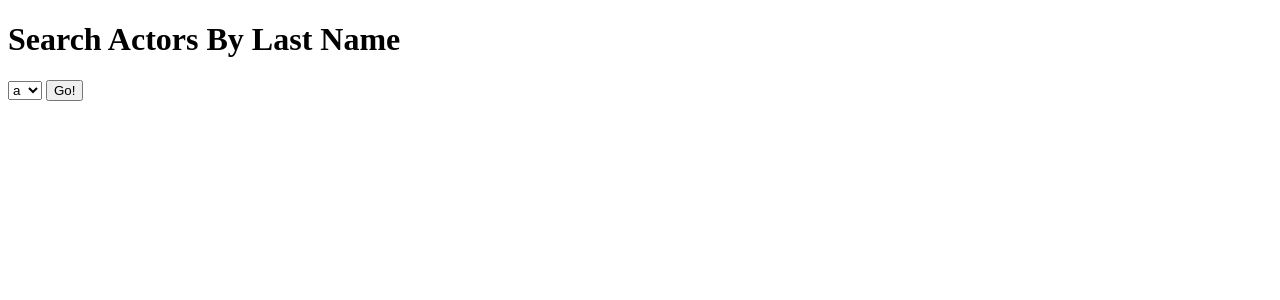
Repository: nema38/30DaysTrainning
Page: http://localhost/
These files come from the project's save history. The page is drawn as it stood at one moment and after the next save; the edit follows.
The browser window is 1280 px wide. The pictures show the whole page.
The page is run by PHP 8.4 with error messages shown; the project is at /var/www/html/.

Above is the page before, as saved 2014-05-02 18:46:42.

### 30Days25-PHP-and-jQuery-Part-1/index.php
<?php

require 'functions.php';

if (isset($_POST['q']) )	{
	connect();
	$results = get_actors_by_last_name( $_POST ['q'] );
	print_r($results);
}

include 'views/index.tmpl.php';

### 30Days25-PHP-and-jQuery-Part-1/functions.php
<?php

function connect() {
	global $pdo;
	$pdo = new PDO(	"mysql:host=localhost;dbname=sakila", "root", "" );

}

function get_actors_by_last_name ( $letter ) {
	global $pdo;

	$stmt = $pdo->prepare('
		SELECT actor_id, first_name, last_name
		FROM actor
		WHERE last_name LIKE :letter
		LIMIT 50');
	$stmt->execute( array(':letter' => $letter . '%' ) );
	return $stmt->fetchAll ( PDO::FETCH_OBJ );

}

### 30Days25-PHP-and-jQuery-Part-1/views/index.tmpl.php
<?php include '_partials/header.php'; ?>

		<h1>Search Actors By Last Name</h1>
		<form action="index.php" method="post">
		<select name="q" id="q">
			<?php
				$alphabet = str_split('abcdefghijklmnoprstuvxyz');
				foreach ($alphabet as $letter ) {
					echo "<option value ='$letter'>$letter</option>";
				}
			?>
		</select>
		<button type="submit">Go!</button>

		</form>

<?php include '_partials/footer.php'; ?>

### 30Days25-PHP-and-jQuery-Part-1/_partials/header.php
<!doctype html>
<html>
	<head>
		<meta charset=utf-8>
		<title></title>

	</head>

	<body>

### 30Days25-PHP-and-jQuery-Part-1/_partials/footer.php
</div>
</body>

</html>

After the next save:
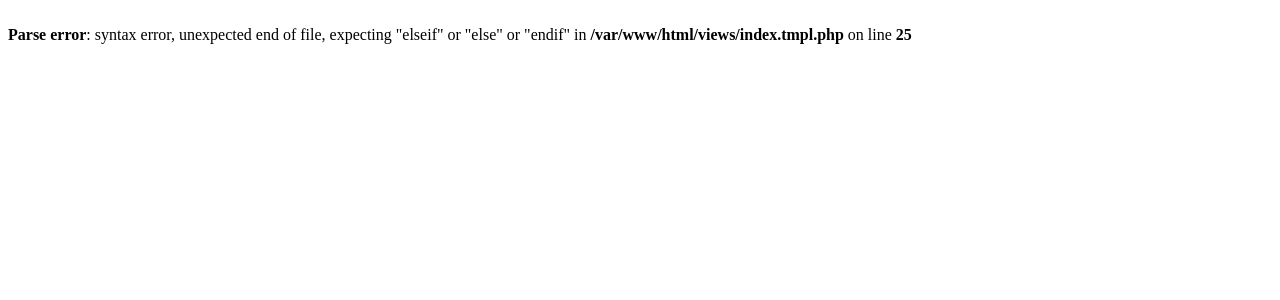
Saved 36 min 31 s later.
--- a/30Days25-PHP-and-jQuery-Part-1/index.php
+++ b/30Days25-PHP-and-jQuery-Part-1/index.php
@@ -4,8 +4,8 @@ require 'functions.php';
 
 if (isset($_POST['q']) )	{
 	connect();
-	$results = get_actors_by_last_name( $_POST ['q'] );
-	print_r($results);
+	$actors = get_actors_by_last_name( $_POST ['q'] );
+	//print_r($results);
 }
 
 include 'views/index.tmpl.php';
--- a/30Days25-PHP-and-jQuery-Part-1/views/index.tmpl.php
+++ b/30Days25-PHP-and-jQuery-Part-1/views/index.tmpl.php
@@ -14,4 +14,12 @@
 
 		</form>
 
+		<?php if ( isset($actors)) : ?>
+		<ul class="actors_list">
+			<?php foreach ( $actors as $a ) {
+				echo "<li>{$a->first_name} {$a->last_name}</li>";
+			}
+			?>
+		</ul>
+
 <?php include '_partials/footer.php'; ?>

After the save that followed:
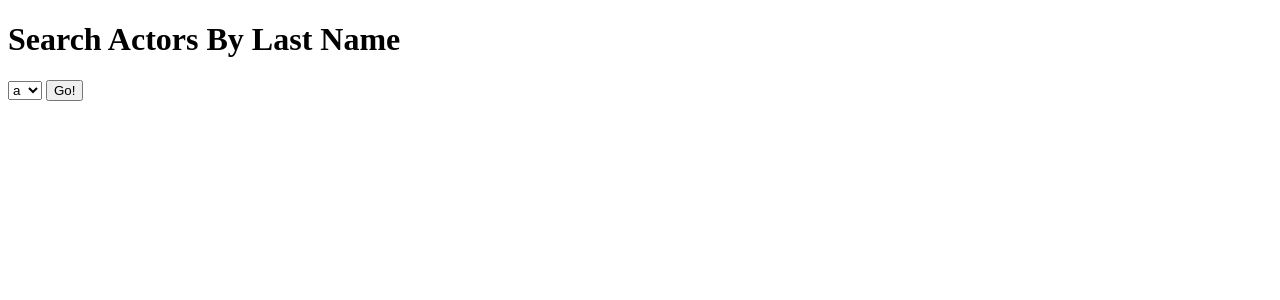
Saved 103 s later.
--- a/30Days25-PHP-and-jQuery-Part-1/views/index.tmpl.php
+++ b/30Days25-PHP-and-jQuery-Part-1/views/index.tmpl.php
@@ -21,5 +21,6 @@
 			}
 			?>
 		</ul>
+		<?php endif; ?>
 
 <?php include '_partials/footer.php'; ?>
